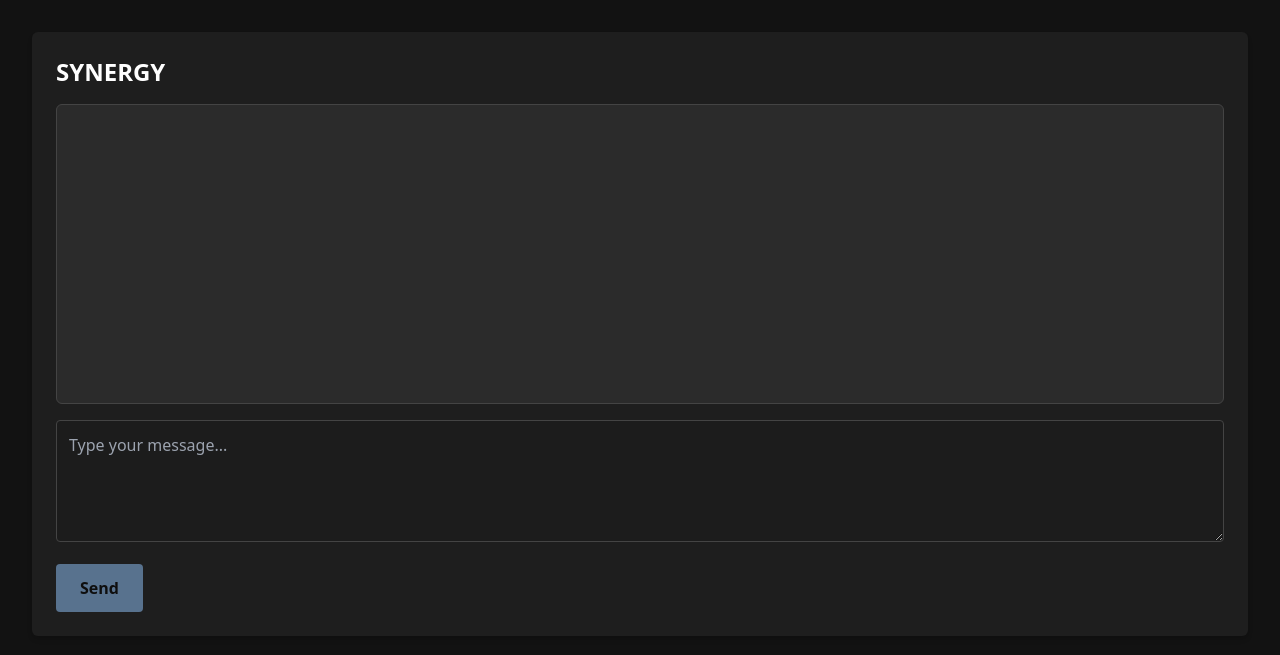
Repository: Theanh0410/Pre-thesis
Page: / (app in LLM/client/)
These files come from the project's save history. The page is drawn as it stood at one moment and after the next save; the edit follows.
The browser window is 1280 px wide. The pictures show the whole page.
The project was rebuilt for these pictures with package versions that can differ from the ones it lists, and the page was loaded fresh each time. The framework's server and built-in components were replaced by stand-ins that run in the browser. Also part of the build but not shown: LLM/client/next.config.js, LLM/client/next.config.mjs.

Above is the page before, as saved 2025-04-11 20:49:19.

### LLM/client/pages/_app.js
import "../styles/global.css"
export default function App({ Component, pageProps }) {
  return <Component {...pageProps} />;
}

### LLM/client/pages/index.js
import { useState } from 'react';

export default function ChatApp() {
  const [prompt, setPrompt] = useState('');
  const [messages, setMessages] = useState([]);
  const [loading, setLoading] = useState(false);

  const sendPrompt = async () => {
    if (!prompt.trim()) return;

    const userMsg = { role: 'user', text: prompt };
    setMessages(prev => [...prev, userMsg]);
    setPrompt('');
    setLoading(true);

    try {
      const res = await fetch('/api/chat', {
        method: 'POST',
        headers: { 'Content-Type': 'application/json' },
        body: JSON.stringify({ prompt: userMsg.text }),
      });

      if (!res.ok || !res.body) {
        throw new Error(`HTTP error: ${res.status}`);
      }

      let botMsg = { role: 'bot', text: '' };
      setMessages(prev => [...prev, botMsg]);

      const reader = res.body.getReader();
      const decoder = new TextDecoder();

      while (true) {
        const { done, value } = await reader.read();
        if (done) break;

        const chunk = decoder.decode(value);
        botMsg = { ...botMsg, text: botMsg.text + chunk };
        setMessages(prev => [...prev.slice(0, -1), botMsg]);
      }
    } catch (err) {
      console.error(err);
      setMessages(prev => [
        ...prev.slice(0, -1),
        { role: 'bot', text: `❌ Error: ${err.message}` },
      ]);
    } finally {
      setLoading(false);
    }
  };

  return (
    <main className="min-h-screen p-8 bg-[#121212] text-[#e0e0e0] font-sans">
      <div className="max-w-[1300px] mx-auto bg-[#1e1e1e] p-6 rounded-md shadow-md">
        <h1 className="text-2xl text-white mb-4 font-semibold">SYNERGY</h1>

        <div className="h-[300px] overflow-y-auto bg-[#2b2b2b] border border-[#444] rounded-md p-4 mb-4">
          {messages.map((msg, idx) => (
            <div
              key={idx}
              className={`mb-3 whitespace-pre-wrap break-words ${
                msg.role === 'user' ? 'text-blue-300' : 'text-green-300'
              }`}
            >
              <strong>{msg.role === 'user' ? 'You' : 'SYNERGY'}:</strong> {msg.text}
            </div>
          ))}
          {loading && (
            <div className="italic text-gray-400">SYNERGY is typing...</div>
          )}
        </div>

        <textarea
          className="w-full p-3 border border-[#444] rounded resize-y bg-[#1c1c1c] text-white mb-4"
          rows={4}
          value={prompt}
          onChange={(e) => setPrompt(e.target.value)}
          placeholder="Type your message..."
          onKeyDown={(e) => {
            if (e.key === 'Enter' && !e.shiftKey) {
              e.preventDefault();
              sendPrompt();
            }
          }}
        />

        <button
          className="px-6 py-3 bg-blue-300 text-black font-bold rounded disabled:opacity-50 hover:bg-blue-400 transition"
          onClick={sendPrompt}
          disabled={loading || !prompt.trim()}
        >
          {loading ? 'Thinking...' : 'Send'}
        </button>
      </div>
    </main>
  );
}

Loaded but not shown: LLM/client/pages/_document.js (common file); LLM/client/styles/global.css (common file); LLM/client/tailwind.config.js (common file)

After the next save:
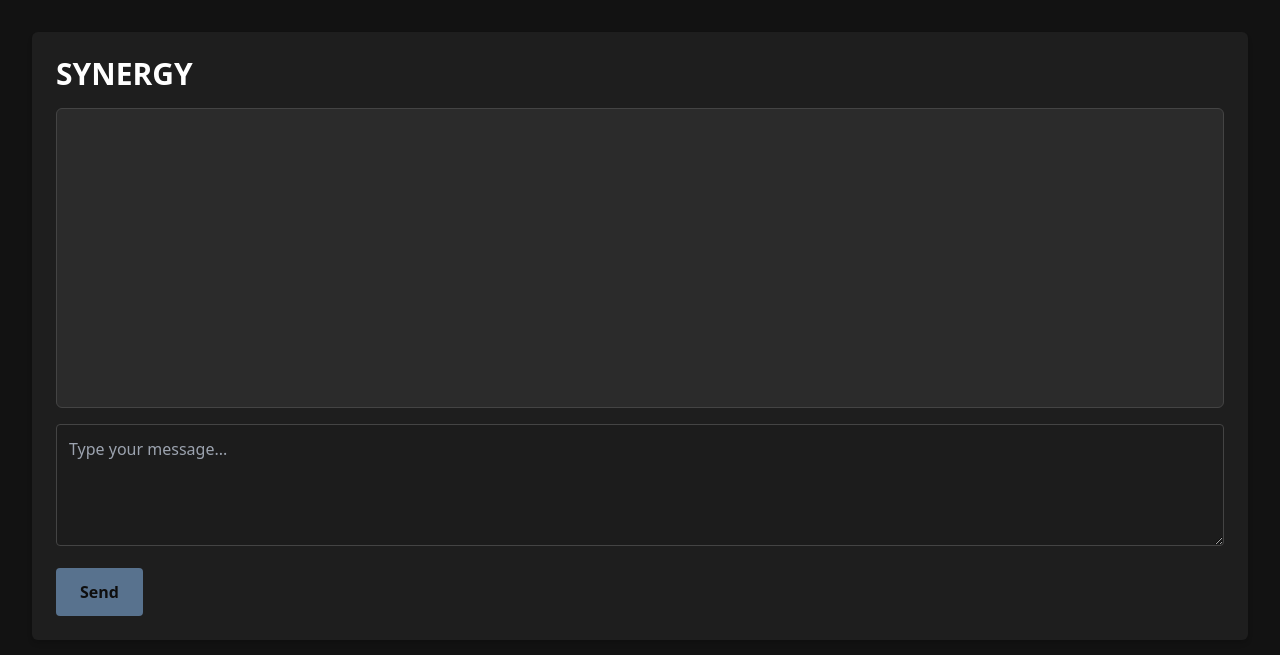
Saved 60 s later.
--- a/LLM/client/pages/index.js
+++ b/LLM/client/pages/index.js
@@ -52,7 +52,7 @@ export default function ChatApp() {
   return (
     <main className="min-h-screen p-8 bg-[#121212] text-[#e0e0e0] font-sans">
       <div className="max-w-[1300px] mx-auto bg-[#1e1e1e] p-6 rounded-md shadow-md">
-        <h1 className="text-2xl text-white mb-4 font-semibold">SYNERGY</h1>
+        <h1 className="text-3xl text-white mb-4 font-semibold">SYNERGY</h1>
 
         <div className="h-[300px] overflow-y-auto bg-[#2b2b2b] border border-[#444] rounded-md p-4 mb-4">
           {messages.map((msg, idx) => (
